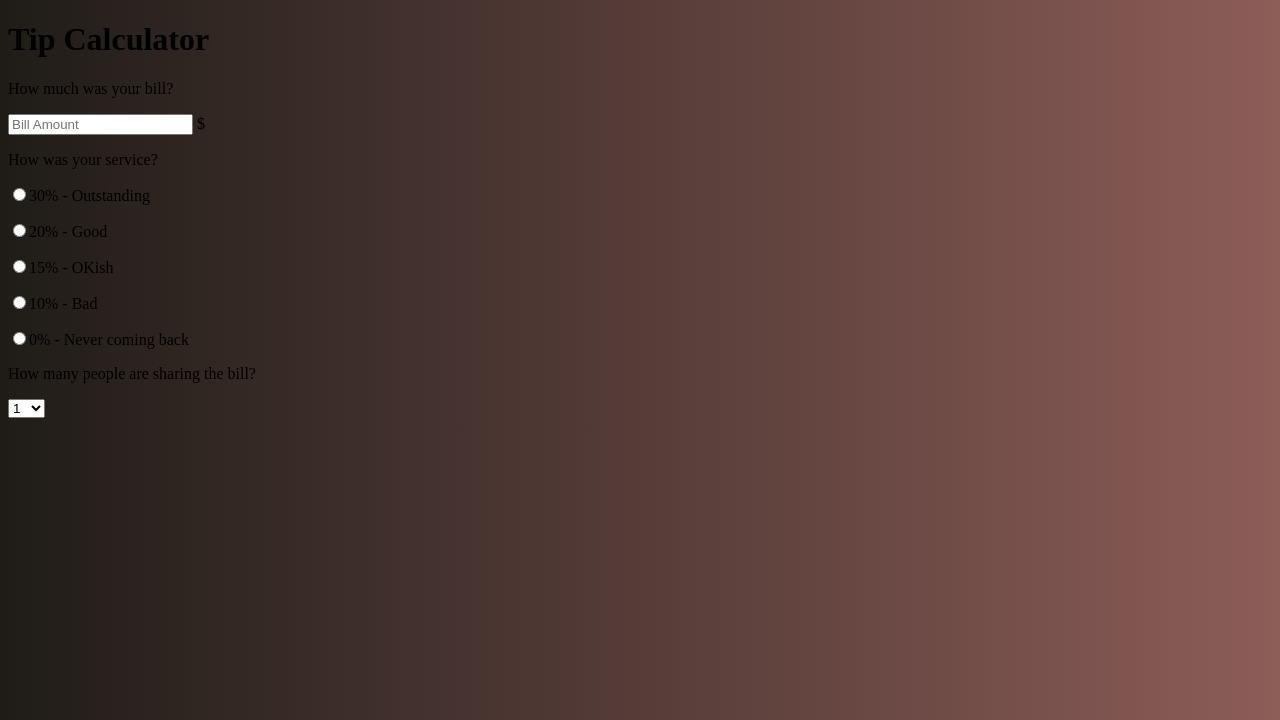
Repository: NiutaR/tip-calculator
Page: index.html
An editor plug-in stored every save of this project. The page is shown before and after the next save, followed by the edit.
The browser window is 1280 px wide. The pictures show the whole page.

Above is the page before, as saved 2021-07-24 17:06:02.

After the next save:
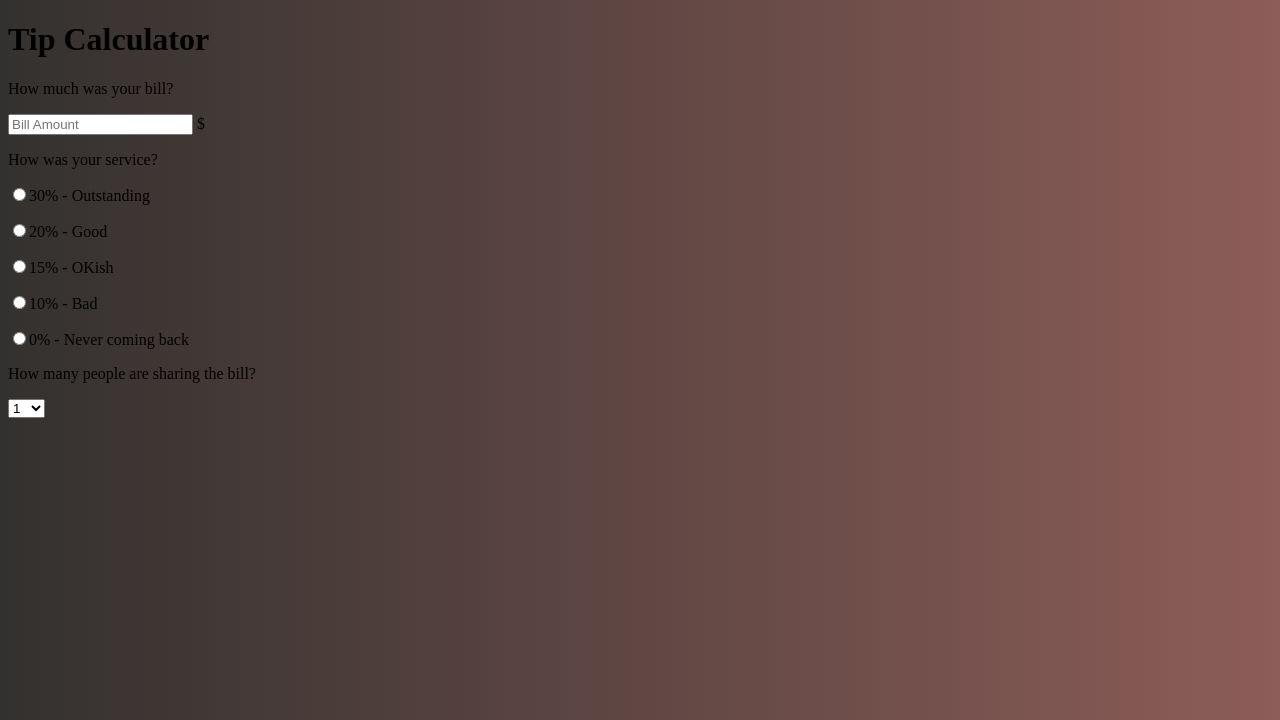
Saved 5 s later.
--- a/style.css
+++ b/style.css
@@ -2,7 +2,7 @@ body {
     background: coral;
     background: -webkit-linear-gradient(to left, #8d817f, #cecac5);
     /* Chrome 10-25, Safari 5.1-6 */
-    background: linear-gradient(to left, #8d5d58, #1F1C18);
+    background: linear-gradient(to left, #8d5d58, #33312f);
 }
 #container {
 
